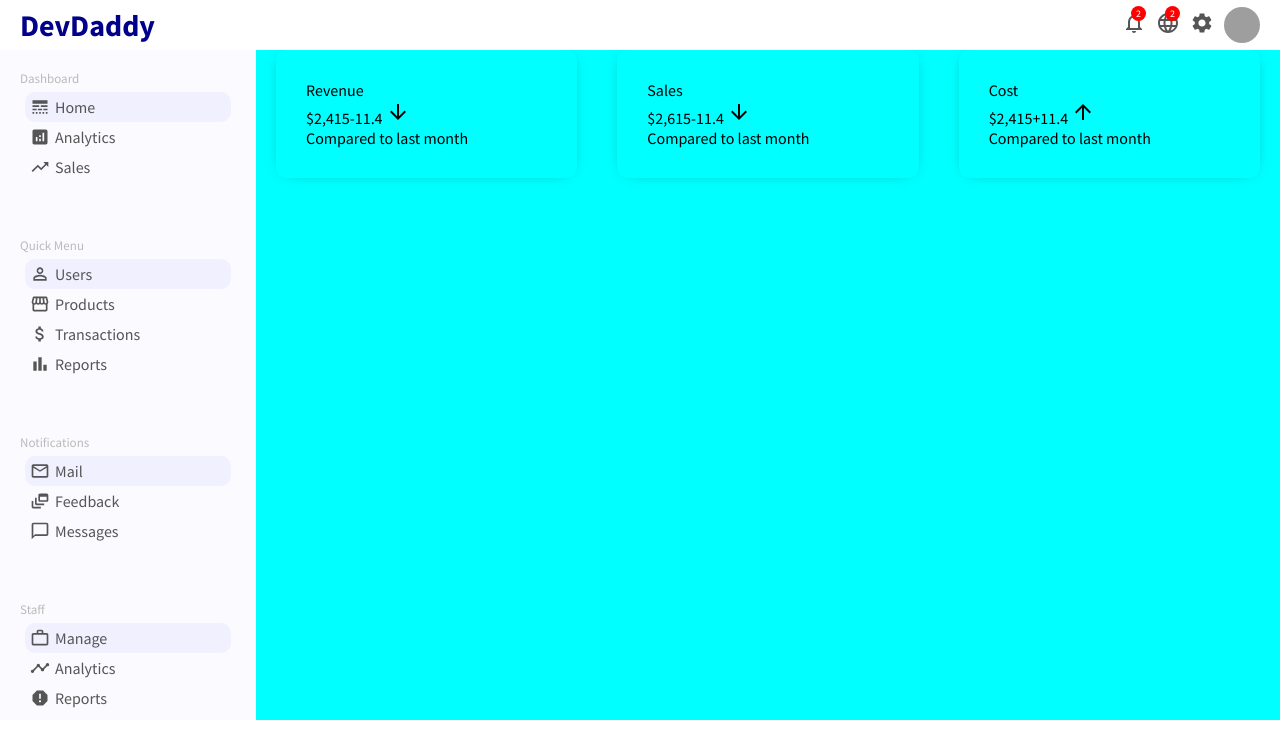
Repository: Marhamat92/react-admin-dashboard
Page: /
The author's editor kept a copy of each file at every save. The page is drawn from the files as they stood at one save, then again after the next save.
The browser window is 1280 px wide. The pictures show the whole page.
Pictures or frames that could not be fetched are drawn as grey boxes. The project was rebuilt for these pictures with package versions that can differ from the ones it lists, and the page was loaded fresh each time.

Above is the page before, as saved 2023-02-08 12:12:13.

### public/index.html
<!DOCTYPE html>
<html lang="en">

<head>
  <meta charset="utf-8" />
  <link rel="icon" href="%PUBLIC_URL%/favicon.ico" />
  <meta name="viewport" content="width=device-width, initial-scale=1" />
  <meta name="theme-color" content="#000000" />
  <meta name="description" content="Web site created using create-react-app" />
  <link rel="apple-touch-icon" href="%PUBLIC_URL%/logo192.png" />
  <link rel="preconnect" href="https://fonts.googleapis.com">
  <link rel="preconnect" href="https://fonts.gstatic.com" crossorigin>
  <link href="https://fonts.googleapis.com/css2?family=Source+Sans+Pro:wght@200;300;400;600;700;900&display=swap"
    rel="stylesheet">
  <!--
      manifest.json provides metadata used when your web app is installed on a
      user's mobile device or desktop. See https://developers.google.com/web/fundamentals/web-app-manifest/
    -->
  <link rel="manifest" href="%PUBLIC_URL%/manifest.json" />
  <!--
      Notice the use of %PUBLIC_URL% in the tags above.
      It will be replaced with the URL of the `public` folder during the build.
      Only files inside the `public` folder can be referenced from the HTML.

      Unlike "/favicon.ico" or "favicon.ico", "%PUBLIC_URL%/favicon.ico" will
      work correctly both with client-side routing and a non-root public URL.
      Learn how to configure a non-root public URL by running `npm run build`.
    -->
  <style>
    * {
      font-family: 'Source Sans Pro', sans-serif;
      margin: 0;
    }
  </style>
  <title>DevDaddy Admin Dashboard</title>
</head>

<body>
  <noscript>You need to enable JavaScript to run this app.</noscript>
  <div id="root"></div>
  <!--
      This HTML file is a template.
      If you open it directly in the browser, you will see an empty page.

      You can add webfonts, meta tags, or analytics to this file.
      The build step will place the bundled scripts into the <body> tag.

      To begin the development, run `npm start` or `yarn start`.
      To create a production bundle, use `npm run build` or `yarn build`.
    -->
</body>

</html>

### src/App.js
import Topbar from "./components/Topbar/Topbar";
import Sidebar from "./components/sidebar/Sidebar";
import "./app.scss";
import Home from "./pages/home/Home";


function App() {
  return (
    <div>
      <Topbar />
      <div className="container">
        <Sidebar />
        <Home />

      </div>
    </div>
  );
}

export default App;

### src/components/Topbar/Topbar.jsx
import React from 'react'
import "./topbar.scss"
import { Language, NotificationsNone, Settings } from '@mui/icons-material'

function Topbar() {
  return (
    <div className="topbar" >
       <div className='topbarWrapper' >
          <div className='topLeft' >
            <span className='logo'>DevDaddy</span>
          </div>
          <div className='topRight' >
             <div className='topbarIconContainer' >
               <NotificationsNone/>
                <span className='topIconBadge'>2</span>
             </div>
             <div className='topbarIconContainer' >
               <Language/>
                <span className='topIconBadge'>2</span>
             </div>
             <div className='topbarIconContainer' >
               <Settings/>
             </div>
             <img className='topAvatar' src='https://i.pinimg.com/originals/99/ee/d8/99eed8642bbb66a71d0f1677d18a2587.jpg' alt="jack sheperd" />
          </div>
       </div>
    </div>
  )
}

export default Topbar

### src/components/sidebar/Sidebar.js
import React from 'react'
import './sidebar.scss'
import { Analytics, AttachMoney, ChatBubbleOutline, DynamicFeed, LineStyle, MailOutline, PermIdentity, Report, Storefront, Timeline, TrendingUp, WorkOutline, BarChart } from '@mui/icons-material'



function Sidebar() {
  return (
    <div className='sidebar'>
      <div className='sidebarWrapper'>
        <div className='sidebarMenu' >
          <div className='sidebarTitle'>
            Dashboard
          </div>
          <ul className='sidebarList'>
            <li className='sidebarListItem active'>
              <LineStyle className='sidebarIcon' />
              Home
            </li>
            <li className='sidebarListItem'>
              <Analytics className='sidebarIcon' />
              Analytics
            </li>
            <li className='sidebarListItem'>
              <TrendingUp className='sidebarIcon' />
              Sales
            </li>
          </ul>
        </div>
      </div>

      <div className='sidebarWrapper'>
        <div className='sidebarMenu' >
          <div className='sidebarTitle'>
            Quick Menu
          </div>
          <ul className='sidebarList'>
            <li className='sidebarListItem active'>
              <PermIdentity className='sidebarIcon' />
              Users
            </li>
            <li className='sidebarListItem'>
              <Storefront className='sidebarIcon' />
              Products
            </li>
            <li className='sidebarListItem'>
              <AttachMoney className='sidebarIcon' />
              Transactions
            </li>
            <li className='sidebarListItem'>
              <BarChart className='sidebarIcon' />
              Reports
            </li>
          </ul>
        </div>
      </div>

      <div className='sidebarWrapper'>
        <div className='sidebarMenu' >
          <div className='sidebarTitle'>
            Notifications
          </div>
          <ul className='sidebarList'>
            <li className='sidebarListItem active'>
              <MailOutline className="sidebarIcon" />
              Mail
            </li>
            <li className='sidebarListItem'>
              <DynamicFeed className="sidebarIcon" />
              Feedback
            </li>
            <li className='sidebarListItem'>
              <ChatBubbleOutline className="sidebarIcon" />
              Messages
            </li>
          </ul>
        </div>
      </div>

      <div className='sidebarWrapper'>
        <div className='sidebarMenu' >
          <div className='sidebarTitle'>
            Staff
          </div>
          <ul className='sidebarList'>
            <li className='sidebarListItem active'>
              <WorkOutline className="sidebarIcon" />
              Manage
            </li>
            <li className='sidebarListItem'>
              <Timeline className="sidebarIcon" />
              Analytics
            </li>
            <li className='sidebarListItem'>
              <Report className="sidebarIcon" />
              Reports
            </li>
          </ul>
        </div>
      </div>
    </div>
  )
}

export default Sidebar

### src/app.scss
.container {
  display:flex;
}

### src/pages/home/Home.js
import React from 'react'
import './home.scss'
import FeaturedInfo from '../../components/featuredInfo/FeaturedInfo'

function Home() {
  return (
    <div className='home' >
      <FeaturedInfo />
    </div>
  )
}

export default Home

### src/components/Topbar/topbar.scss
.topbar{
  width:100%;
  height: 50px;
  background-color: white;
  position: sticky;
  top:0;
  z-index: 999;
}

.topbarWrapper{
  height: 100%;
  padding: 0px 20px;
  display: flex;
  align-items: center;
  justify-content: space-between;
}

.logo{
  font-weight:bold;
  font-size: 30px;
  color:darkblue;
  cursor: pointer;
}

.topRight{
  display:flex;
  align-items: center;
}

.topbarIconContainer{
  position:relative;
  cursor: pointer;
  margin-right:10px;
  color:#555;
}

.topIconBadge{
  width: 15px;
  height: 15px;
  display: flex;
  align-items: center;
  justify-content: center;
  position:absolute;
  top:-5px;
  right:0px;
  background-color: red;
  color:white;
  border-radius: 50%;
  font-size: 10px;
}

.topAvatar{
  width: 36px;
  height: 36px;
  border-radius: 50%;
  object-fit: cover;
  cursor: pointer;
}

### src/components/sidebar/sidebar.scss
.sidebar{
  flex:1;
  height:calc(100vh - 50px);
  background-color: rgb(251,251,255);
  position: sticky;
  top: 50px;
}

.sidebarWrapper{
  padding: 20px;
  color:#555;
}

.sidebarMenu{
  margin-bottom:10px;
}

.sidebarTitle{
  font-size: 13px;
  color:rgb(187,186,186);
}

.sidebarList{
  list-style: none;
  padding:5px;
}

.sidebarListItem{
  padding:5px;
  cursor:pointer;
  display:flex;
  align-items:center;
  border-radius: 10px;
}

.sidebarListItem.active,
.sidebarListItem:hover{
  background-color: rgb(240,240,255);
}

.sidebarIcon{
  margin-right: 5px;
  font-size: 20px !important;
}

### src/pages/home/home.scss
.home{
  flex:4;
  background-color: cyan;
}

### src/components/featuredInfo/FeaturedInfo.js
import React from 'react'
import './featuredInfo.scss'
import { ArrowDownward, ArrowUpward } from '@mui/icons-material'

function FeaturedInfo() {
  return (
    <div className='featured'>
      <div className='featuredItem'>
        <span className='featuredTitle'>Revenue</span>
        <div className='featuredMoneyContainer'>
          <span className='featuredMoney'>$2,415</span>
          <span className='featuredMoneyRate'>
            -11.4 <ArrowDownward />
          </span>
        </div>
        <span className='featuredSub'>Compared to last month</span>
      </div>

      <div className='featuredItem'>
        <span className='featuredTitle'>Sales</span>
        <div className='featuredMoneyContainer'>
          <span className='featuredMoney'>$2,615</span>
          <span className='featuredMoneyRate'>
            -11.4 <ArrowDownward />
          </span>
        </div>
        <span className='featuredSub'>Compared to last month</span>
      </div>

      <div className='featuredItem'>
        <span className='featuredTitle'>Cost</span>
        <div className='featuredMoneyContainer'>
          <span className='featuredMoney'>$2,415</span>
          <span className='featuredMoneyRate'>
            +11.4 <ArrowUpward />
          </span>
        </div>
        <span className='featuredSub'>Compared to last month</span>
      </div>
    </div>
  )
}

export default FeaturedInfo

### src/components/featuredInfo/featuredInfo.scss
.featured{
  width:100%;
  display:flex;
  justify-content:space-between;
}

.featuredItem{
  flex:1;
  margin:0 20px;
  padding:30px;
  border-radius:10px;
  cursor:pointer;
  -webkit-box-shadow: 0px 0px 15px -10px rgba(0, 0, 0, 0.75);
  box-shadow: 0px 0px 15px -10px rgba(0, 0, 0, 0.75);
}

Loaded but not shown: src/index.js (common file)

After the next save:
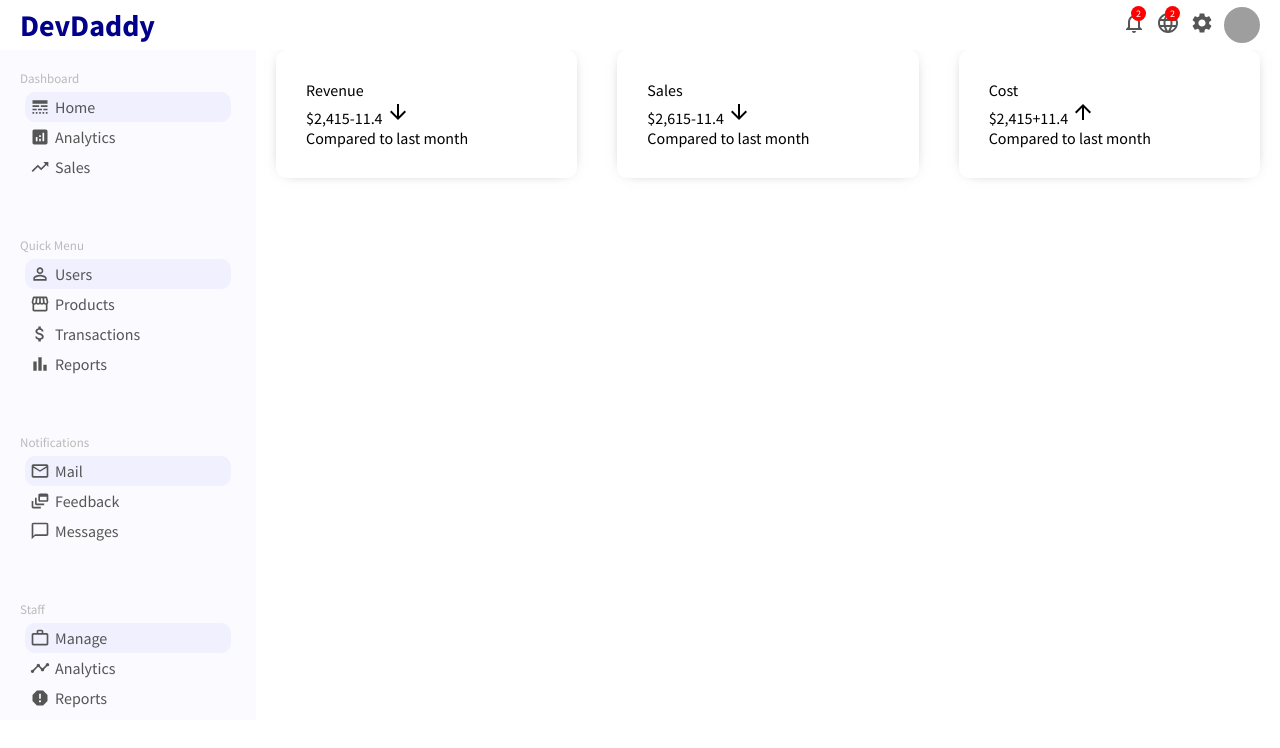
Saved 21 s later.
--- a/src/pages/home/home.scss
+++ b/src/pages/home/home.scss
@@ -1,4 +1,4 @@
 .home{
   flex:4;
-  background-color: cyan;
+
 }
